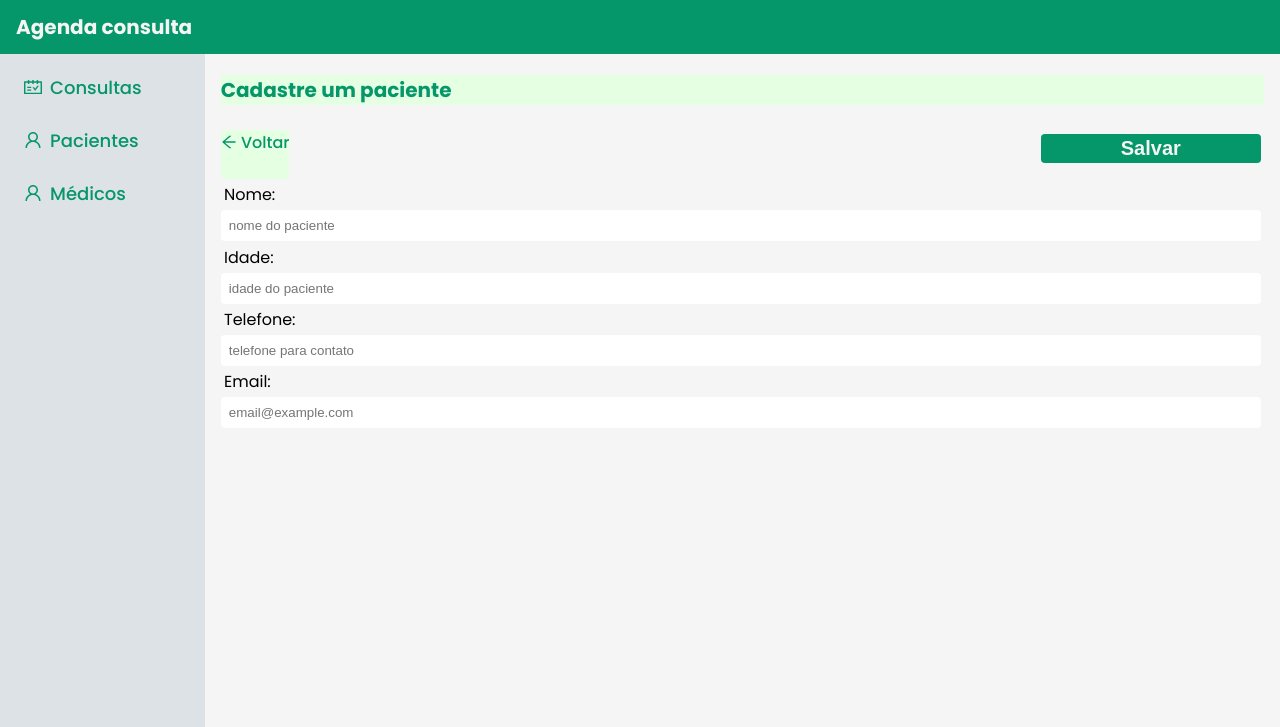
Repository: BarbaraCD/agendaconsulta
Page: /patients/new
The author's editor kept a copy of each file at every save. The page is drawn from the files as they stood at one save, then again after the next save.
The browser window is 1280 px wide. The pictures show the whole page.
The project was rebuilt for these pictures with package versions that can differ from the ones it lists, and the page was loaded fresh each time. Also part of the build but not shown: vite.config.ts, src/services/appointment.services.ts, src/styles/Appointments.ts, src/services/doctor.services.ts, src/components/Calendar.tsx, src/styles/CreateContainer.ts, src/components/DoctorTable.tsx, src/components/PatientTable.tsx and 2 more.

Above is the page before, as saved 2023-08-29 16:15:24.

After the next save:
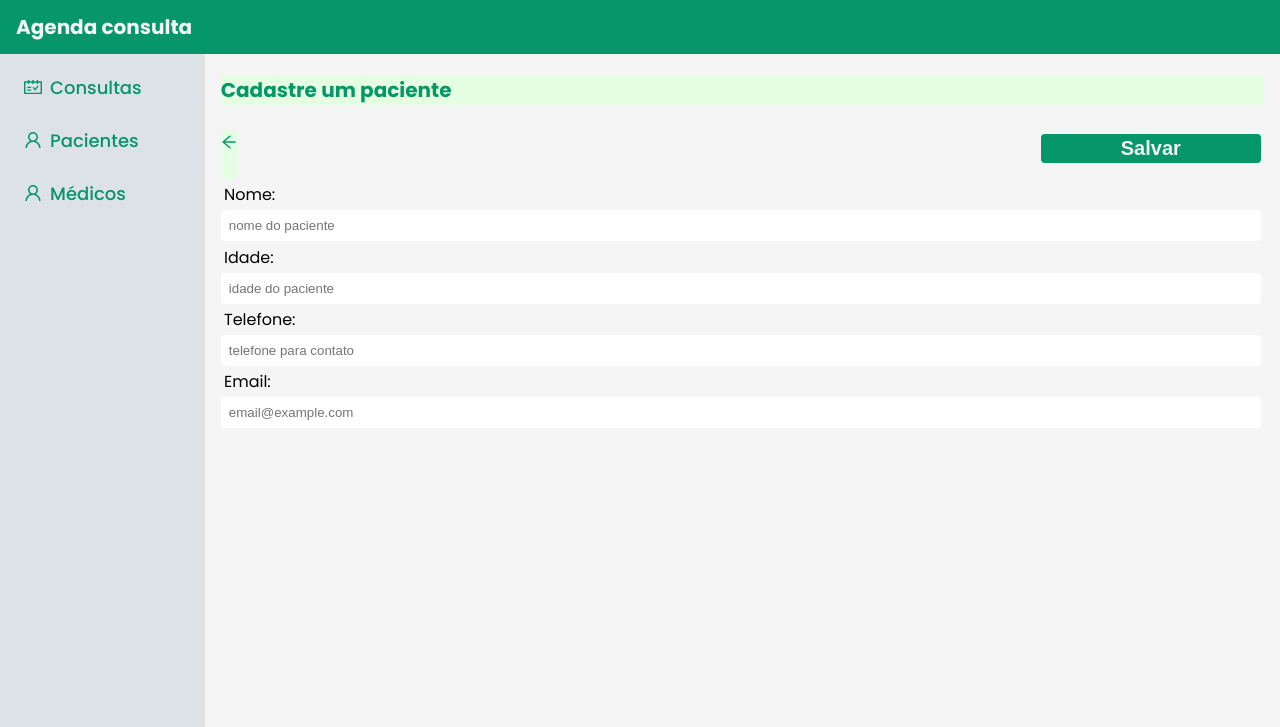
Saved 50 s later.
--- a/src/components/InputPatient.tsx
+++ b/src/components/InputPatient.tsx
@@ -109,7 +109,7 @@
       <h3>Cadastre um paciente</h3>
       <FlexDiv>
         <StyledLink to="/patients/list">
-          <ArrowLeftOutlined /> Voltar
+          <ArrowLeftOutlined />
         </StyledLink>
         <SubmitButton type="submit" disabled={isSubmitting}>
           Salvar

After the save that followed:
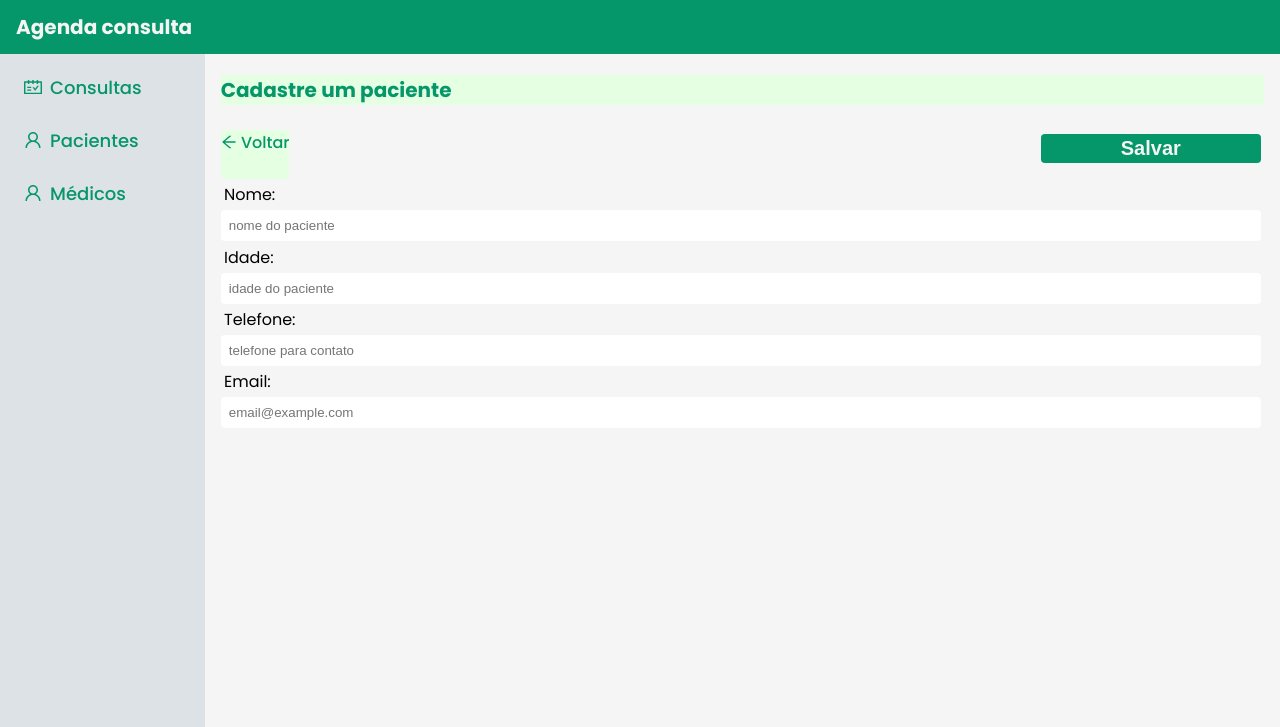
Saved 6 s later.
--- a/src/components/InputPatient.tsx
+++ b/src/components/InputPatient.tsx
@@ -109,7 +109,7 @@
       <h3>Cadastre um paciente</h3>
       <FlexDiv>
         <StyledLink to="/patients/list">
-          <ArrowLeftOutlined />
+          <ArrowLeftOutlined /> Voltar
         </StyledLink>
         <SubmitButton type="submit" disabled={isSubmitting}>
           Salvar
